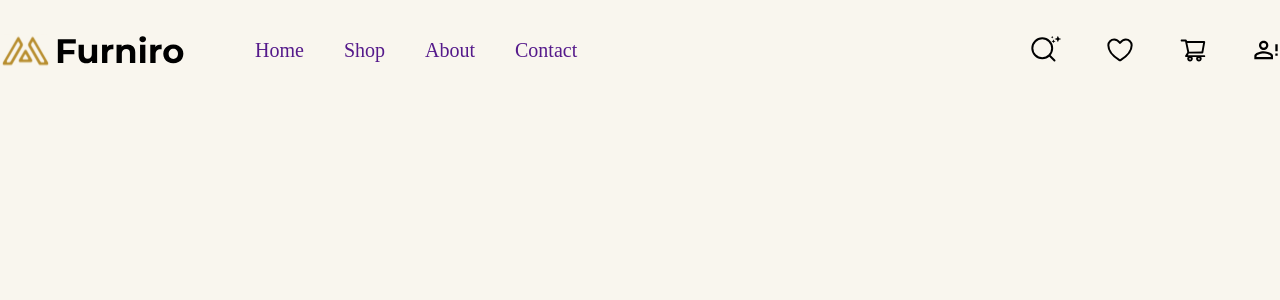
Repository: binhphanbp/furniro-interior_website
Page: index.html
These files come from the project's save history. The page is drawn as it stood at one moment and after the next save; the edit follows.
The browser window is 1280 px wide. The pictures show the whole page.

Above is the page before, as saved 2025-02-19 21:43:55.

### index.html
<!DOCTYPE html>
<html lang="en">
  <head>
    <meta charset="UTF-8" />
    <meta name="viewport" content="width=device-width, initial-scale=1.0" />
    <title>Furniro</title>

    <!-- Favicon -->
    <link rel="shortcut icon" href="./icons/favicon.ico" type="image/x-icon" />
    <link rel="icon" href="./icons/favicon.ico" type="image/x-icon" />

    <!-- Link CSS -->
    <link rel="stylesheet" href="./src/assets/styles/main.css" />
  </head>
  <body class="homepage">
    <!-- PROGRESS BAR -->
    <div class="progress-container">
      <div class="progress-bar"></div>
    </div>

    <!-- HEADER -->
    <header class="header">
      <div class="container">
        <nav class="header__menu">
          <a class="header__logo" href="#">
            <img src="./icons/furniro-logo-type.svg" alt="logo-furniro" />
          </a>
          <ul class="header__menu-list">
            <li>
              <a href="" class="avtive">home</a>
            </li>
            <li>
              <a href="">shop</a>
            </li>
            <li>
              <a href="">about</a>
            </li>
            <li>
              <a href="">contact</a>
            </li>
          </ul>
        </nav>
        <ul class="header__icons">
          <a href="#" class="header__icons-item">
            <img src="./icons/icon-search.svg" alt="icon-search" />
          </a>
          <a href="#" class="header__icons-item">
            <img src="./icons/icon-heart.svg" alt="icon-heart" />
          </a>
          <a href="#" class="header__icons-item">
            <img src="./icons/icon-cart.svg" alt="icon-cart"
          /></a>
          <a href="#" class="header__icons-item">
            <img src="./icons/icon-account-alert.svg" alt="icon-account" />
          </a>
        </ul>
      </div>
    </header>

    <!-- MAIN -->
    <main class="main">
      <!-- Section Hero -->
      <section class="schero">
        <div class="container"></div>
      </section>

      <!-- Section Menu -->
      <section class="scmenu">
        <div class="container"></div>
      </section>

      <!-- Section Services -->
      <section class="scservices">
        <div class="container"></div>
      </section>

      <!-- Section Delivery -->
      <section class="scdelivery">
        <div class="container"></div>
      </section>

      <!-- Section Our Customers -->
      <section class="sccustomers">
        <div class="container"></div>
      </section>

      <!-- Section Our Blog -->
      <section class="scblog">
        <div class="container"></div>
      </section>
    </main>

    <!-- FOOTER -->
    <footer class="footer">
      <div class="container"></div>
    </footer>

    <!-- JavaScript -->
    <script type="module" src="./src/scripts/main.js"></script>
  </body>
</html>

### src/assets/styles/main.css
/* Reset CSS */
@import './base/reset.css';

/* Font */
@import './base/variables.css';
@import './base/fonts.css';

/* Layouts (General Structure) */
@import './base/layouts.css';

/* Components */
@import './components/header.css';
@import './components/footer.css';
@import './components/components.css';

/* Pages */
@import './pages/home.css';
@import './pages/shop.css';
@import './pages/shop-details.css';
@import './pages/cart.css';
@import './pages/checkout.css';
@import './pages/product-comparison.css';
@import './pages/blog.css';
@import './pages/contact.css';

### src/assets/styles/base/reset.css
* {
  margin: 0;
  padding: 0;
  border: 0;
  font-size: 100%;
  font: inherit;
  vertical-align: baseline;
  box-sizing: border-box;
}
body {
  line-height: 1;
}
ol,
ul {
  list-style: none;
}
blockquote,
q {
  quotes: none;
}
blockquote:before,
blockquote:after,
q:before,
q:after {
  content: '';
  content: none;
}
table {
  border-collapse: collapse;
  border-spacing: 0;
}
img,
object,
embed {
  max-width: 100%;
}

a {
  text-decoration: none;
  outline: 0;
}
strong {
  font-family: db;
}
sub {
  vertical-align: sub;
  font-size: smaller;
}
sup {
  vertical-align: super;
  font-size: smaller;
}

### src/assets/styles/base/variables.css
:root {
  /* Page Setting Variables */
  --max-width-page: 2560px;
  --max-width-container-fluid: 1920px;
  --max-width-container: calc(1236px + calc(var(--gap) * 2));

  --gap: 30px;
  --pd-left-right: 20px;

  /* Color Variables */
  --primary-cl: #b88e2f;
  --secondary-cl: #fff3e3;
  --tertiary-cl: #f3e9dc;

  --white-page-cl: #f9f6ee;
  --black-cl: #0b1215;

  --gray-dark-cl: #898989;
  --gray-light-cl: #9f9f9f;
  --product-hover: #3a3a3a;

  --red-cl: #e97171;
  --green-cl: #2ec1ac;
  --purple-cl: #816dfa;

  /* Font-size, Line-height, Letter-spacing Variables: */
  --fs-h1: 5.6rem;
  --lh-h1: 6.5rem;
  --ls-h1: 2px;

  --fs-h2: 4rem;
  --lh-h2: 4.8rem;
  --ls-h2: 0.25px;

  --fs-h3: 2.4rem;
  --lh-h3: 2.8rem;
  --ls-h3: 0.1px;

  --fs-text-button: 1.6rem;
  --lh-text-button: 2.4rem;
  --ls-text-button: 0.2px;

  /* Fonts: */
  --font-body: ppr;
  --font-body-light: ppl;
  --font-body-medium: ppm;
  --font-body-semibold: ppsb;
  --font-body-bold: ppb;

  /* General Variables */
  --height-header: 100px;
  --height-footer: 505px;
  --height-button-large: 74px;
  --height-button-medium: 64px;
  --height-button-small: 48px;
  --pd-section: 60px;

  /* Timing Transition Variables: */
  --duration: 0.4s;
  --cubic: cubic-bezier(0.59, 0.29, 0.15, 0.93);
}

### src/assets/styles/base/fonts.css
@font-face {
  font-family: 'ppl';
  src: url('../../fonts/Poppins-Light.woff2') format('woff2'),
    url('../../fonts/Poppins-Light.woff') format('woff');
  font-weight: 300;
  font-style: normal;
  font-display: swap;
}

@font-face {
  font-family: 'ppr';
  src: url('../../fonts/Poppins-Regular.woff2') format('woff2'),
    url('../../fonts/Poppins-Regular.woff') format('woff');
  font-weight: normal;
  font-style: normal;
  font-display: swap;
}

@font-face {
  font-family: 'ppm';
  src: url('../../fonts/Poppins-Medium.woff2') format('woff2'),
    url('../../fonts/Poppins-Medium.woff') format('woff');
  font-weight: 500;
  font-style: normal;
  font-display: swap;
}

@font-face {
  font-family: 'ppsb';
  src: url('../../fonts/Poppins-SemiBold.woff2') format('woff2'),
    url('../../fonts/Poppins-SemiBold.woff') format('woff');
  font-weight: 600;
  font-style: normal;
  font-display: swap;
}

@font-face {
  font-family: 'ppb';
  src: url('../../fonts/Poppins-Bold.woff2') format('woff2'),
    url('../../fonts/Poppins-Bold.woff') format('woff');
  font-weight: bold;
  font-style: normal;
  font-display: swap;
}

### src/assets/styles/base/layouts.css
body {
  background-color: var(--white-page-cl);
  color: var(--black-cl);
}

.container {
  max-width: var(--max-width-container);
  margin: 0 auto;
}

### src/assets/styles/components/header.css
.header {
  height: var(--height-header);
}

.header .container {
  display: flex;
  align-items: center;
  justify-content: space-between;
  height: 100%;
}

.header .header__menu {
  display: flex;
  align-items: center;
  gap: 50px;
}

/* Header Menu */
.header .header__menu .header__menu-list {
  display: flex;
}

.header .header__menu .header__menu-list li a {
  padding: 8px var(--pd-left-right);
  text-transform: capitalize;
  font-size: 20px;
}

/* Header Icons */
.header .header__icons {
  display: flex;
  gap: 45px;
}

### src/assets/styles/components/components.css
img {
  max-width: 100%;
  -webkit-user-select: none;
  -moz-user-select: none;
  -ms-user-select: none;
  user-select: none;
  display: block;
  outline: 0;
  object-fit: contain;
}

img .--center {
  margin: 0 auto;
  display: block;
}

.--hidden {
  display: none;
}

/* Variable */

/* Progress Bar */
.progress-container {
  position: fixed;
  top: 0;
  left: 0;
  width: 100%;
  height: 5px;
  background: var(--white-page-cl);
}

.progress-bar {
  height: 100%;
  background: var(--primary-cl);
  width: 0%;

  /* Scroll-driven animation */
  animation: grow linear;
  animation-timeline: scroll();
}

@keyframes grow {
  from {
    width: 0%;
  }
  to {
    width: 100%;
  }
}

/* Heading */
.heading {
  font-family: prb;
  color: var(--black-cl);
  text-transform: uppercase;
}
.heading .--h1 {
  font-size: var(--fs-h1);
  line-height: var(--lh-h1);
  letter-spacing: var(--ls-h1);
}
.heading .--h2 {
  font-size: var(--fs-h2);
  line-height: var(--lh-h2);
  letter-spacing: var(--ls-h2);
}
.heading .--h3 {
  font-size: var(--fs-h3);
  line-height: var(--lh-h3);
  letter-spacing: var(--ls-h3);
}
.heading .--yellow-cl {
  color: var(--black-cl);
}
.heading .--white-cl {
  color: var(--gray-light-cl);
}

/* Textbox */

/* Button */
.btn {
  height: 64px;
  padding: 0 32px;
  background-color: var(--primary-cl);
  color: var(--white-cl);
}

Loaded but not shown: src/scripts/main.js (no stored copy; drawn as an empty file); src/assets/styles/components/footer.css (no stored copy; drawn as an empty file); src/assets/styles/pages/home.css (no stored copy; drawn as an empty file); src/assets/styles/pages/shop.css (no stored copy; drawn as an empty file); src/assets/styles/pages/shop-details.css (no stored copy; drawn as an empty file); src/assets/styles/pages/cart.css (no stored copy; drawn as an empty file); src/assets/styles/pages/checkout.css (no stored copy; drawn as an empty file); src/assets/styles/pages/product-comparison.css (no stored copy; drawn as an empty file); src/assets/styles/pages/blog.css (no stored copy; drawn as an empty file); src/assets/styles/pages/contact.css (no stored copy; drawn as an empty file)

After the next save:
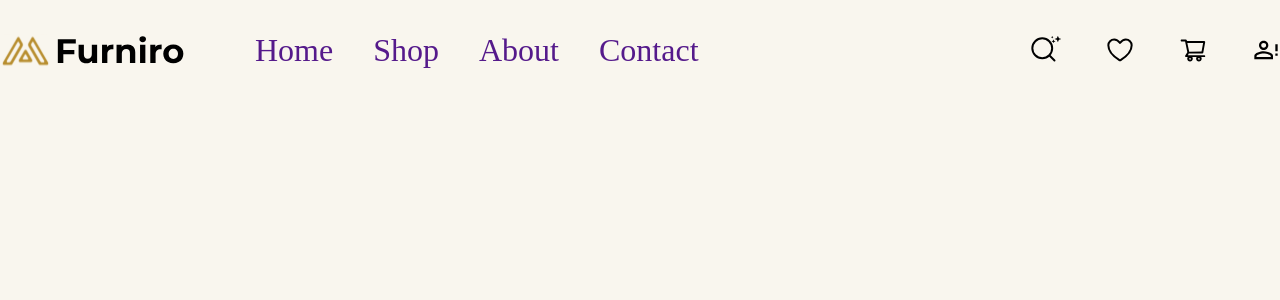
Saved 9 s later.
--- a/src/assets/styles/components/header.css
+++ b/src/assets/styles/components/header.css
@@ -23,7 +23,7 @@
 .header .header__menu .header__menu-list li a {
   padding: 8px var(--pd-left-right);
   text-transform: capitalize;
-  font-size: 20px;
+  font-size: 2rem;
 }
 
 /* Header Icons */

After the 2 saves that followed:
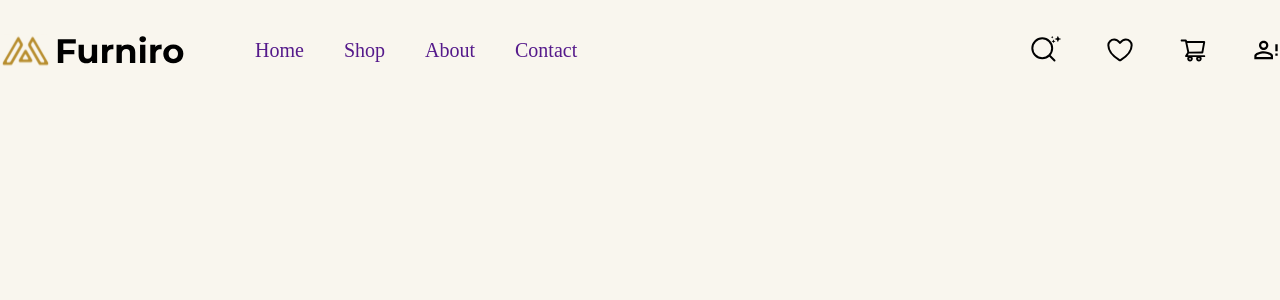
The 2 saves are shown as one change because they came seconds apart.
The last was saved 35 s later.
--- a/src/assets/styles/base/layouts.css
+++ b/src/assets/styles/base/layouts.css
@@ -1,3 +1,7 @@
+html {
+  font-size: 62.5%;
+}
+
 body {
   background-color: var(--white-page-cl);
   color: var(--black-cl);
